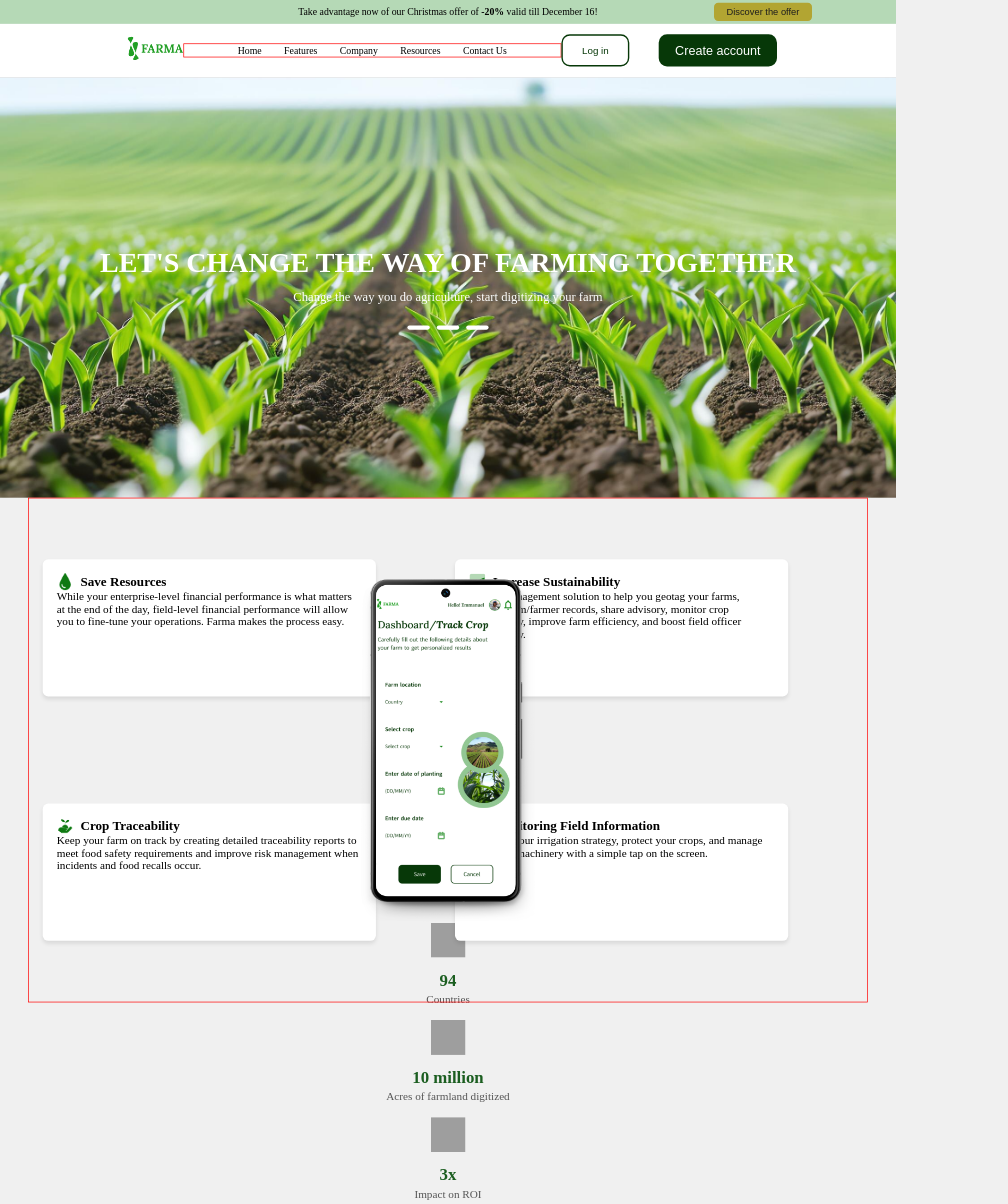
Repository: Cryptim/FARMA-TEAM-4
Page: index.html
An editor plug-in stored every save of this project. The page is shown before and after a run of saves, followed by the edit.
The browser window is 1280 px wide. The page is 1280 px wide, then 1440 px, so the pictures cover 1440 px, including what lies to the right of the window. The pictures show the part of the page from y = 0 to 1720 px (the page is 2490 px tall before and 2845 px after), at 70% of full size.
Pictures or frames that could not be fetched are drawn as grey boxes.

Above is the page before, as saved 2024-12-05 21:57:03.

### index.html
<!DOCTYPE html>
<html lang="en">
  <head>
    <meta charset="UTF-8" />
    <meta name="viewport" content="width=device-width, initial-scale=1.0" />
    <title>Farma - Smart Agriculture</title>
    <link rel="stylesheet" href="styles.css" />
  </head>
  <body>
    <!-- Top Notification Bar -->
    <header style="justify-content: center; align-items: center">
      <div class="top-bar">
        <div class="top-bar-text">
          Take advantage now of our Christmas offer of
          <strong>-20%</strong> valid till December 16!
        </div>
        <button class="offer-btn">Discover the offer</button>
      </div>

      <!-- Navbar -->

      <nav class="navbar">
        <div class="logo">
          <img src="assets/icons/logo.png" alt="Farma Logo" />
        </div>

        <ul class="nav-links">
          <li><a href="#">Home</a></li>
          <li><a href="#">Features</a></li>
          <li><a href="#">Company</a></li>
          <li><a href="#">Resources</a></li>
          <li><a href="#">Contact Us</a></li>
        </ul>

        <div class="auth-buttons">
          <button class="login-btn">Log in</button>
          <button class="create-btn">Create account</button>
        </div>
      </nav>
    </header>

    <!-- Hero Section -->
    <div class="hero">
      <div class="hero-content">
        <h1>LET'S CHANGE THE WAY OF FARMING TOGETHER</h1>
        <p>Change the way you do agriculture, start digitizing your farm</p>
      </div>
      <div class="carousel-indicator">
        <span class="dot"></span>
        <span class="dot"></span>
        <span class="dot"></span>
      </div>
    </div>

    <!-- Features Section -->
    <div class="container">
      <div class="card">
        <h3>
          <img
            src="assets/icons/Blood-Drop--Streamline-Ultimate.png"
            alt="Water Drop"
            class="icon"
          />
          Save Resources
        </h3>
        <p>
          While your enterprise-level financial performance is what matters at
          the end of the day, field-level financial performance will allow you
          to fine-tune your operations. Farma makes the process easy.
        </p>
      </div>
      <div class="card">
        <h3>
          <img
            src="assets/icons/Analytics-Net--Streamline-Ultimate.png"
            alt="Sustainability"
            class="icon"
          />
          Increase Sustainability
        </h3>
        <p>
          A farm management solution to help you geotag your farms, digitize
          farm/farmer records, share advisory, monitor crop productivity,
          improve farm efficiency, and boost field officer productivity.
        </p>
      </div>
      <div class="center-card">
        <img
          src="assets/images/iMockup - Google Pixel 8 Pro.png"
          alt="Dashboard Screenshot"
        />
      </div>
      <div class="card">
        <h3>
          <img
            src="assets/icons/Hand-Holding-Seedling--Streamline-Atlas.png"
            alt="Crop Traceability"
            class="icon"
          />
          Crop Traceability
        </h3>
        <p>
          Keep your farm on track by creating detailed traceability reports to
          meet food safety requirements and improve risk management when
          incidents and food recalls occur.
        </p>
      </div>
      <div class="card">
        <h3>
          <img
            src="assets/icons/Hourglass-Split--Streamline-Bootstrap.png"
            alt="Field Monitoring"
            class="icon"
          />
          Monitoring Field Information
        </h3>
        <p>
          Optimize your irrigation strategy, protect your crops, and manage your
          farm machinery with a simple tap on the screen.
        </p>
      </div>
    </div>
    <!-- Value Chain Section -->
    <section class="agri-value-chain">
      <h1>Enabling the agri-value chain</h1>
      <p>
        Digitize every farm | Trace food produce | Predictive Intelligence to
        enable decisions
      </p>
      <div class="stats">
        <div class="stat-item">
          <img src="images/globe.png" alt="Globe icon" class="icon" />
          <h2>94</h2>
          <p>Countries</p>
        </div>
        <div class="stat-item">
          <img src="images/farmland.png" alt="Farmland icon" class="icon" />
          <h2>10 million</h2>
          <p>Acres of farmland digitized</p>
        </div>
        <div class="stat-item">
          <img src="images/roi.png" alt="ROI icon" class="icon" />
          <h2>3x</h2>
          <p>Impact on ROI</p>
        </div>
        <div class="stat-item">
          <img src="images/farmers.png" alt="Farmers icon" class="icon" />
          <h2>4 million</h2>
          <p>Benefiting farmers across the globe</p>
        </div>
        <div class="stat-item">
          <img src="images/crops.png" alt="Crops icon" class="icon" />
          <h2>500+</h2>
          <p>Crops</p>
        </div>
        <div class="stat-item">
          <img
            src="images/adaptability.png"
            alt="Adaptability icon"
            class="icon"
          />
          <h2>94%</h2>
          <p>Score of adaptability</p>
        </div>
        <div class="stat-item">
          <img src="images/varieties.png" alt="Varieties icon" class="icon" />
          <h2>5,000+</h2>
          <p>Crop varieties</p>
        </div>
        <div class="stat-item">
          <img src="images/clients.png" alt="Clients icon" class="icon" />
          <h2>200+</h2>
          <p>Working with clients</p>
        </div>
      </div>
    </section>

    <!-- Sustainability Section -->
    <section class="sustainability">
      <h2>Technology for Sustainable Agriculture</h2>
      <p>
        Farma can help reduce the impact of your farm on the environment through
        better management.
      </p>
      <button>Increase Your Sustainability</button>
    </section>

    <!-- Footer -->
    <footer>
      <div class="footer-content">
        <h3>Request Your Free Private Demo Now!</h3>
        <button>Request a Demo</button>
      </div>
      <div class="footer-links">
        <p>© 2024 Farma Technologies</p>
        <p>Privacy Policy | Terms of Use</p>
      </div>
    </footer>

    <script src="script.js"></script>
  </body>
</html>

### styles.css
/* Reset and Base Styles */
* {
  margin: 0;
  padding: 0;
  box-sizing: border-box;
}
/* Style the scrollbar */
::-webkit-scrollbar {
  width: 15px; /* width of the scrollbar */
  height: 15px; /* height of the scrollbar for horizontal scrolling */
}

/* Style the scrollbar track (the area the scrollbar moves through) */
::-webkit-scrollbar-track {
  background: #f1f1f1; /* Light grey track */
  border-radius: 10px; /* Rounded corners */
}

/* Style the scrollbar thumb (the draggable part of the scrollbar) */
::-webkit-scrollbar-thumb {
  background: #4caf50; /* Green thumb */
  /* border-radius: 10px;    */
  /* Rounded corners */
  transition: background-color 0.3s ease;
}

/* Hover effect for the scrollbar thumb */
::-webkit-scrollbar-thumb:hover {
  background: #45a049; /* Darker green on hover */
}

body {
  margin: 0;
  padding: 0;
  justify-content: center;
  align-items: center;
  height: 100vh; /* Make sure the body takes the full viewport height */
  background-color: #f0f0f0; /* Optional: set a background color */
}

/* Top Notification Bar */
.top-bar {
  background-color: #b5d9b6;
  color: #000000;
  font-size: 14px;
  display: flex;
  justify-content: center;
  align-items: center;
  height: 34px;
  position: relative; /* Allow precise positioning for child elements */
  padding: 0 20px;
}

.top-bar-text {
  text-align: center;
  flex: 1; /* Allow the text to take up available space */
}

.offer-btn {
  position: absolute; /* Position the button independently */
  right: 120px; /* Align the button to the right side */
  background-color: #b2a532;
  color: #1e1e1e;
  border: none;
  padding: 4px 18px;
  border-radius: 6px;
  width: auto;
  cursor: pointer;
  display: flex;
  justify-content: center;
  align-items: center;
  height: 26px;
}

.offer-btn:hover {
  background-color: #92c793;
}
/* done with the above */

/* Navbar */
.navbar {
  display: flex;
  justify-content: space-between;
  align-items: center;
  padding: 15px 50px;
  background-color: #fff;
  border-bottom: 1px solid #ddd;
}

.navbar .logo {
  margin-left: 120px;
  font-size: 24px;
  font-weight: bold;
  color: #2c5f2d;
}

.logo img {
  height: 40px;
  width: auto; /* Maintain the aspect ratio */
}

.nav-links {
  display: flex;
  justify-content: center;
  gap: 32px;
  flex-grow: 1; /* Allow the nav-links section to grow and take available space */
  align-items: center;
  border: 1px solid red;
}

.nav-links li {
  list-style: none;
}
.nav-links a:hover {
  color: #92c793;
}
.nav-links a {
  text-decoration: none;
  color: #000;
  font-size: 14px;
  font-weight: 500;
}

.auth-buttons {
  display: flex;
  gap: 10px;
}

.login-btn {
  background: none;
  border: 2px solid #073808;
  padding: 5px 15px;
  margin-right: 32px;
  font-size: 14px;
  cursor: pointer;
  border-radius: 12px;
  height: 46px;
  width: 97px;
  color: #073808;
}

.create-btn {
  margin-right: 120px;
  background-color: #073808;
  color: #ffffff;
  border: none;
  padding: 5px 15px;
  font-size: 18px;
  cursor: pointer;
  border-radius: 12px;
  height: 46px;
  width: 169px;
  font-weight: 500;
}

.create-btn:hover {
  background-color: #92c793;
}

/* Hero Section */
.hero {
  background: url("assets/images/bacground.png") no-repeat center center/cover;
  height: 600px;
  display: flex;
  flex-direction: column;
  justify-content: center;
  align-items: center;
  color: #fff;
  text-align: center;
  padding: 20px;
}

.hero h1 {
  font-size: 40px;
  font-weight: bold;
  margin-bottom: 15px;
}

.hero p {
  font-size: 18px;
  margin-bottom: 30px;
}

.carousel-indicator {
  display: flex;
  gap: 10px;
}

.dot {
  height: 6px;
  width: 32px;
  background-color: #fff;
  border-radius: 10px;
  display: inline-block;
  cursor: pointer;
}

.dot:hover {
  background-color: #92c793;
}

/* Features Section */
.container {
  height: 721px;
  margin: 0 auto;
  padding: 20px;
  max-width: 1200px;
  display: grid;
  grid-template-columns: repeat(2, 1fr);
  gap: 20px;
  text-align: left;
  position: relative;
  border: 1px solid red;
  justify-content: center;
  align-items: center;
}

.card {
  position: relative;
  background-color: #fff;
  padding: 20px;
  border-radius: 8px;
  box-shadow: 0 4px 6px rgba(0, 0, 0, 0.1);
  z-index: 1;
  height: 196px;
  width: 476px;
}

.card h3 {
  margin-top: 0;
  display: flex;
  align-items: center;
}

.card h3 img {
  width: 24px;
  height: 24px;
  margin-right: 10px;
}

/* Centered Card Styling */
.center-card {
  display: flex;
  position: absolute;
  z-index: 10;
  border-radius: 8px;
  align-items: center;
  justify-content: center;

  /* Centering the card */
  top: 50%;
  left: 50%;
  transform: translate(-50%, -50%); /* Center it horizontally and vertically */
  width: 300px;
  height: auto;
  text-align: center;
}

.center-card img {
  max-width: 250px;
  height: auto;
}

@media screen and (max-width: 768px) {
  .container {
    grid-template-columns: 1fr;
    margin-left: 20px;
    margin-right: 20px;
  }

  .center-card {
    transform: translate(-50%, -45%); /* Slightly adjust for smaller screens */
  }
}
/* Value Chain Section */
.agri-value-chain {
  text-align: center;
  padding: 40px 20px;
  height: 765px;
  display: flex; /* Enables flexbox */
  flex-direction: column; /* Align items in a column */
  justify-content: center; /* Centers content vertically */
  align-items: center; /* Centers content horizontally */
}

.agri-value-chain h1 {
  font-size: 2rem;
  color: #1b5e20;
  margin-bottom: 10px;
}

.agri-value-chain p {
  margin: 0;
  font-size: 1.1rem;
  color: #555;
}

.stats {
  display: grid;
  grid-template-columns: repeat(auto-fit, minmax(150px, 1fr));
  gap: 20px;
  margin-top: 30px;
  justify-content: center;
}

.stat-item {
  text-align: center;
}

.stat-item .icon {
  width: 50px;
  height: 50px;
  margin-bottom: 10px;
}

.stat-item h2 {
  font-size: 1.5rem;
  color: #1b5e20;
  margin: 5px 0;
}

.stat-item p {
  font-size: 1rem;
  color: #555;
}

/* Sustainability Section */
.sustainability {
  padding: 2rem;
  text-align: center;
  background: #ffffff;
}

.sustainability button {
  padding: 1rem 2rem;
  color: #fff;
  background-color: #558b2f;
  border: none;
  border-radius: 5px;
  cursor: pointer;
}

.sustainability button:hover {
  background-color: #92c793;
}

/* Footer */
footer {
  background: #2e7d32;
  color: #fff;
  padding: 1.5rem;
  text-align: center;
}

.footer-content button {
  padding: 0.5rem 1rem;
  background: #33691e;
  border: none;
  color: #fff;
  border-radius: 5px;
  cursor: pointer;
}

Loaded but not shown: script.js (no stored copy; drawn as an empty file)

After the next 2 saves:
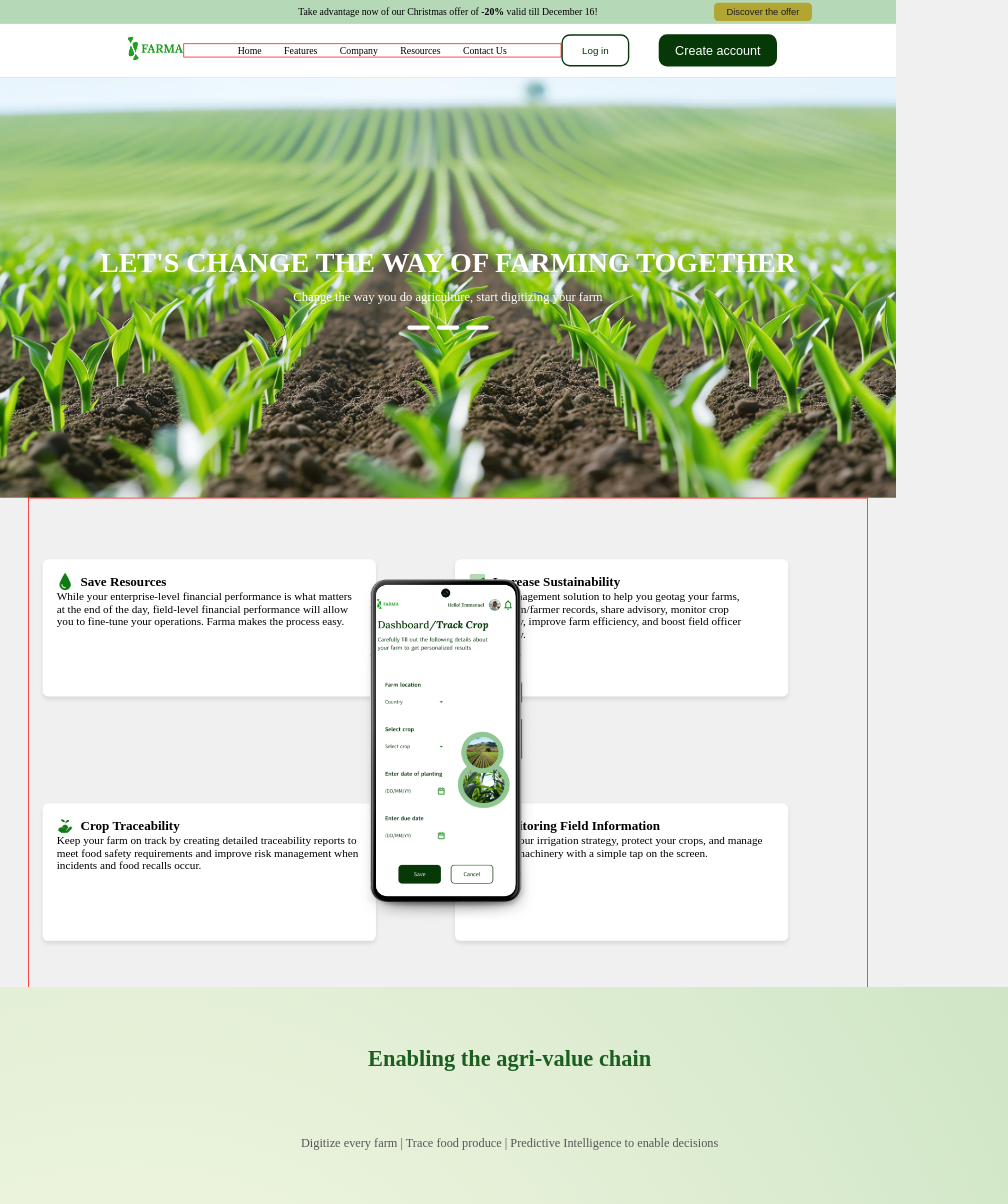
The 2 saves are shown as one change because they came seconds apart.
The last was saved 67 s later.
--- a/styles.css
+++ b/styles.css
@@ -274,13 +274,23 @@
 }
 /* Value Chain Section */
 .agri-value-chain {
-  text-align: center;
-  padding: 40px 20px;
+  display: flex;
+  flex-direction: column;
+  align-items: center;
+  padding: 84px 206px 121.929px 222px;
+  gap: 80.63px;
+
+  position: absolute;
+  width: 1440px;
   height: 765px;
-  display: flex; /* Enables flexbox */
-  flex-direction: column; /* Align items in a column */
-  justify-content: center; /* Centers content vertically */
-  align-items: center; /* Centers content horizontally */
+  left: 0px;
+  top: 1410px;
+
+  background: radial-gradient(
+    239.91% 558% at 12.94% 141.56%,
+    #fffded 0%,
+    #92c793 100%
+  );
 }
 
 .agri-value-chain h1 {
